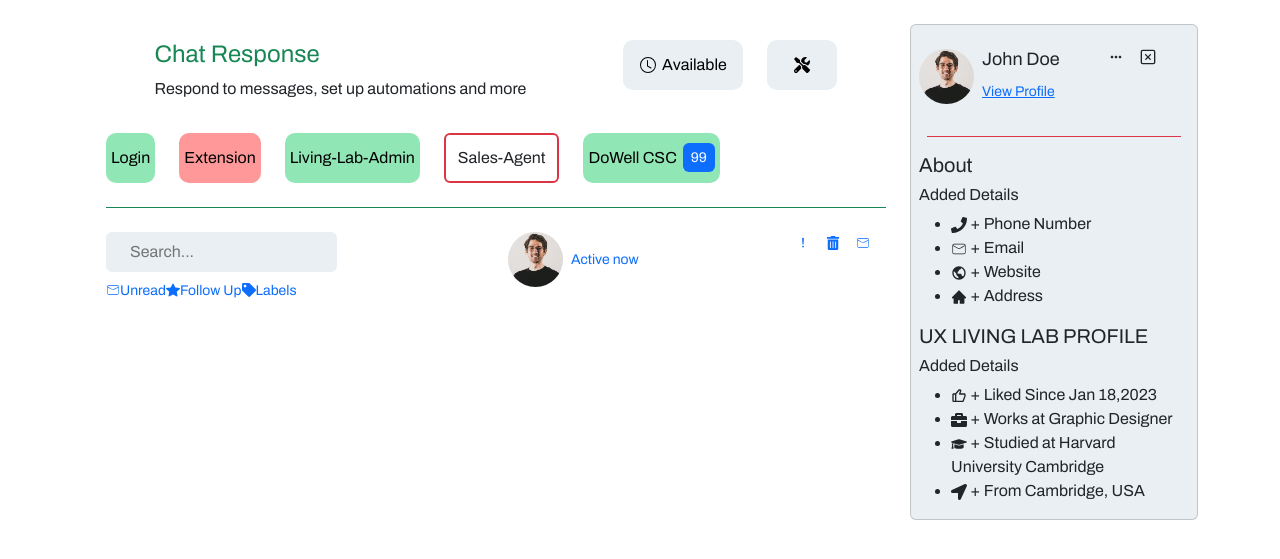
Repository: uh-sman/UX-Living-Lab-Chat
Page: /
The author's editor kept a copy of each file at every save. The page is drawn from the files as they stood at one save, then again after the next save.
The browser window is 1280 px wide. The pictures show the whole page.
The project was rebuilt for these pictures with package versions that can differ from the ones it lists, and the page was loaded fresh each time.

Above is the page before, as saved 2023-05-10 17:27:14.

### public/index.html
<!DOCTYPE html>
<html lang="en">
  <head>
    <meta charset="utf-8" />
    <link rel="icon" href="%PUBLIC_URL%/favicon.ico" />
    <meta name="viewport" content="width=device-width, initial-scale=1" />
    <meta name="theme-color" content="#000000" />
    <meta
      name="description"
      content="Web site created using create-react-app"
    />
    <link rel="apple-touch-icon" href="%PUBLIC_URL%/logo192.png" />
    <!--
      manifest.json provides metadata used when your web app is installed on a
      user's mobile device or desktop. See https://developers.google.com/web/fundamentals/web-app-manifest/
    -->
    <link rel="manifest" href="%PUBLIC_URL%/manifest.json" />
    <!-- font awsome CDN -->

    <link
      rel="stylesheet"
      href="https://cdn.jsdelivr.net/npm/@fortawesome/fontawesome-free@6.2.1/css/fontawesome.min.css"
      integrity="sha384-QYIZto+st3yW+o8+5OHfT6S482Zsvz2WfOzpFSXMF9zqeLcFV0/wlZpMtyFcZALm"
      crossorigin="anonymous"
    />
    <!--
      Notice the use of %PUBLIC_URL% in the tags above.
      It will be replaced with the URL of the `public` folder during the build.
      Only files inside the `public` folder can be referenced from the HTML.

      Unlike "/favicon.ico" or "favicon.ico", "%PUBLIC_URL%/favicon.ico" will
      work correctly both with client-side routing and a non-root public URL.
      Learn how to configure a non-root public URL by running `npm run build`.
    -->
    <title>React App</title>
  </head>
  <body>
    <noscript>You need to enable JavaScript to run this app.</noscript>
    <div id="root"></div>
    <!--
      This HTML file is a template.
      If you open it directly in the browser, you will see an empty page.

      You can add webfonts, meta tags, or analytics to this file.
      The build step will place the bundled scripts into the <body> tag.

      To begin the development, run `npm start` or `yarn start`.
      To create a production bundle, use `npm run build` or `yarn build`.
    -->
  </body>
</html>

### src/index.css
* {
  text-decoration: none;
}

### src/App.js
import "./App.css";
import "bootstrap/dist/css/bootstrap.min.css";
import "bootstrap/dist/js/bootstrap.bundle.min";
import Container from "./container";
function App() {
  return (
    <div className="App">
      <Container />
    </div>
  );
}

export default App;

### src/App.css
@import url("https://fonts.googleapis.com/css2?family=Archivo&display=swap");
:root {
  --header-color: #0d7813;
  /* --button-color :#00000;
  --button-color :#90E7B5; */
  --bg-color: #e9eff3;
  /* #90E7B5 */

  --font: "Archivo", sans-serif;
}

* {
  text-decoration: none;
  /* list-style: none; */
  font-family: "Archivo", sans-serif;
}

.body {
  font-family: "Archivo", sans-serif;
}
.header {
  color: var(--header-color);
  font-family: "Archivo", sans-serif;
}
.button {
  display: flex;
  align-items: center;
  background: var(--bg-color);
  justify-content: center;
  height: 50px;
  width: 120px;
  gap: 6px;
  border: none;
  border-radius: 10px;
}
.button2 {
  display: flex;
  align-items: center;
  background: var(--bg-color);
  justify-content: center;
  height: 50px;
  width: 70px;
  gap: 6px;
  border: none;
  border-radius: 10px;
}
.button3 {
  display: flex;
  align-items: center;
  background: #90e7b5;
  justify-content: center;
  height: 50px;
  max-width: contain;
  padding: 0px 5px;
  gap: 6px;
  border: none;
  border-radius: 10px;
}
.button4 {
  display: flex;
  align-items: center;
  background: #ff9898;
  justify-content: center;
  height: 50px;
  max-width: contain;
  padding: 0px 5px;
  gap: 6px;
  border: none;
  border-radius: 10px;
}
.image-style {
  width: 55px;
  height: 55px;
  border-radius: 500px;
}
.cardBody {
  background-color: var(--bg-color);
}
.input {
  border: var(--bg-color);
  outline: none;
  background: var(--bg-color);
}

### src/container/index.js
import React from "react";
import ChatSection from "./ChatSection";
import DetailsSection from "./DetailsSection";
const Container = () => {
  return (
    <div className="container">
      <div className="d-flex justify-content-around my-4">
        <ChatSection />
        <DetailsSection />
      </div>
    </div>
  );
};

export default Container;

### src/container/ChatSection.js
import React from "react";
import ChatHeader from "./ChatItems/ChatHeader";
import ProfileHead from "./Chats/message/ProfileHead";
import SearchBar from "./Chats/SearchBar";

const ChatSection = () => {
  return (
    <div className="container">
      <ChatHeader />
      {/* chats come here */}
      <div className="d-flex my-2">
        <SearchBar />
        <ProfileHead />
      </div>
    </div>
  );
};

export default ChatSection;

### src/container/DetailsSection.jsx
import React from "react";
import user from "../assets/user.jpg";
import AboutDetails from "./Details/AboutDetails";
import DetailsSectionButton from "./DetailsSectionButton";
const DetailsSection = ({ title, about }) => {
  return (
    <div>
      <div
        className="card"
        style={{ width: "18rem", backgroundColor: "#e9eff3" }}
      >
        <div className="mx-2">
          <div className="d-flex gap-5 mt-4 ">
            <figure className="d-flex gap-2">
              <img src={user} className=" image-style" />
              <div className="">
                <h4 className="body fw-bold" style={{ fontSize: "18px" }}>
                  {title}
                </h4>
                <a href="" className="fw-bold" style={{ fontSize: "14px" }}>
                  View Profile
                </a>
              </div>
            </figure>
            <DetailsSectionButton />
          </div>
          <div className="border-bottom border-danger mx-2 my-3"></div>
          <div className=""></div>
          {/* DETAILS */}
          <AboutDetails />
        </div>
      </div>
    </div>
  );
};
DetailsSection.defaultProps = {
  title: "John Doe",
  about: "About",
};

export default DetailsSection;

### src/container/ChatItems/ChatHeader.jsx
import React from "react";
import Buttons from "./Buttons";
import HeaderButtons from "./HeaderButtons";

const ChatHeader = ({ title, caption }) => {
  return (
    <div className="container">
      <div className=" d-flex justify-content-around my-3">
        <header>
          <h1 className="header fs-4 fw-bold text-success">{title}</h1>
          <p className="fw-medium  Header-font">{caption}</p>
        </header>
        <HeaderButtons />
      </div>
      <Buttons />
      <div className="border-bottom border-success my-4"></div>
    </div>
  );
};

export default ChatHeader;
ChatHeader.defaultProps = {
  title: "Chat Response",
  caption: "Respond to messages, set up automations and more",
};

### src/container/Chats/message/ProfileHead.jsx
import React from "react";
import { FaTrashAlt } from "react-icons/fa";
import user from "../../../assets/user.jpg";
import ChatIcons from "./ChatIcons";
const ProfileHead = () => {
  return (
    <div className="container w-full">
      <div className="d-flex justify-content-between overflow-y-scroll">
        <figure className="d-flex gap-2 align-items-center">
          <img src={user} className=" image-style" />
          <div className="">
            {/* Status active now if true show active */}
            <small className="text-primary">Active now</small>
          </div>
        </figure>
        <ChatIcons />
      </div>
    </div>
  );
};

export default ProfileHead;

### src/container/Chats/SearchBar.jsx
import React from "react";
import { FaSearch } from "react-icons/fa";
import Icons from "./Icons";
// BsStarFill;
const SearchBar = () => {
  return (
    <div className="container">
      <div className="overflow-y-scroll">
        <form>
          <input
            className="input rounded bi bi-search py-2 px-4"
            placeholder="Search..."
          />
          <i className="bi bi-search"></i>
        </form>
        <Icons />
      </div>
    </div>
  );
};

export default SearchBar;

### src/container/Details/AboutDetails.jsx
import React from "react";
import {
  FaPhone,
  FaBriefcase,
  FaGraduationCap,
  FaLocationArrow,
} from "react-icons/fa";
import { CiMail } from "react-icons/ci";
import { BiWorld, BiLike } from "react-icons/bi";
import { AiFillHome } from "react-icons/ai";
const AboutDetails = ({ title, ux }) => {
  const data = [
    {
      phone: "Phone Number",
      email: "Email",
      web: "Website",
    },
  ];
  return (
    <div>
      <div className="">
        <h5>{title}</h5>
        <main>
          <h6>Added Details</h6>
          <div className="">
            <ul>
              <li>
                <FaPhone /> + Phone Number
              </li>
              <li>
                <CiMail /> + Email
              </li>
              <li>
                <BiWorld /> + Website
              </li>
              <li>
                <AiFillHome /> + Address
              </li>
            </ul>
          </div>
        </main>
      </div>
      <div className="">
        <h5>{ux}</h5>
        <main>
          <h6>Added Details</h6>
          <div className="">
            <ul>
              <li>
                <BiLike /> + Liked Since Jan 18,2023
                {/* date from the api */}
              </li>
              <li>
                <FaBriefcase /> + Works at Graphic Designer
              </li>
              <li>
                <FaGraduationCap /> + Studied at Harvard University Cambridge
                {/* Place of work from the api */}
              </li>
              <li>
                <FaLocationArrow /> + From Cambridge, USA
              </li>
            </ul>
          </div>
        </main>
      </div>
    </div>
  );
};

export default AboutDetails;

AboutDetails.defaultProps = {
  title: "About",
  ux: "UX LIVING LAB PROFILE",
};

### src/container/DetailsSectionButton.jsx
import React from "react";
import { MdOutlineMoreHoriz } from "react-icons/md";
import { CgCloseR } from "react-icons/cg";
const DetailsSectionButton = () => {
  return (
    <div>
      <div className="d-flex gap-3">
        <MdOutlineMoreHoriz />
        <CgCloseR />
      </div>
    </div>
  );
};

export default DetailsSectionButton;

### src/container/ChatItems/Buttons.jsx
import React from "react";

const Buttons = () => {
  return (
    <div className="d-flex gap-4">
      <button type="button" className="button3">
        Login
      </button>
      <button type="button" className="button4">
        Extension
      </button>
      <button type="button" className="button3">
        Living-Lab-Admin
      </button>
      <button type="button" className="btn border-danger border-2">
        Sales-Agent
      </button>
      <button type="button" className="button3">
        DoWell CSC
        <small className="bg-primary text-white px-2 py-1 rounded">
          {"99"}
        </small>
      </button>
    </div>
  );
};

export default Buttons;

### src/container/ChatItems/HeaderButtons.jsx
import React from "react";
import { BsClock } from "react-icons/bs";
import { FaTools } from "react-icons/fa";
const HeaderButtons = () => {
  return (
    <div className="d-flex gap-4">
      <button type="button" className="button">
        <BsClock className="" />
        Available
      </button>
      <button type="button" className="button2">
        <FaTools />
      </button>
    </div>
  );
};

export default HeaderButtons;

### src/container/Chats/message/ChatIcons.jsx
import React from "react";
import { FaTrashAlt } from "react-icons/fa";
import { BsExclamationLg } from "react-icons/bs";
import { CiMail } from "react-icons/ci";
const ChatIcons = () => {
  return (
    <div className="mx-3">
      <div className="d-flex gap-3">
        <small className="text-primary"></small>
        <small className="text-primary">
          <BsExclamationLg />
        </small>
        <small className="text-primary">
          <FaTrashAlt />
        </small>

        <small className="text-primary">
          <CiMail />
        </small>
      </div>
    </div>
  );
};

export default ChatIcons;

### src/container/Chats/Icons.jsx
import React from "react";
import { CiMail } from "react-icons/ci";
import { BsStarFill } from "react-icons/bs";
import { FaTag } from "react-icons/fa";
const Icons = () => {
  return (
    <div>
      <div className="d-flex text-primary my-2">
        <small className="d-flex align-items-center">
          <CiMail /> Unread
        </small>
        <small className="d-flex align-items-center">
          <BsStarFill /> Follow Up
        </small>
        <small className="d-flex align-items-center">
          <FaTag />
          Labels
        </small>
      </div>
    </div>
  );
};

export default Icons;

Loaded but not shown: src/index.js (common file)

After the next save:
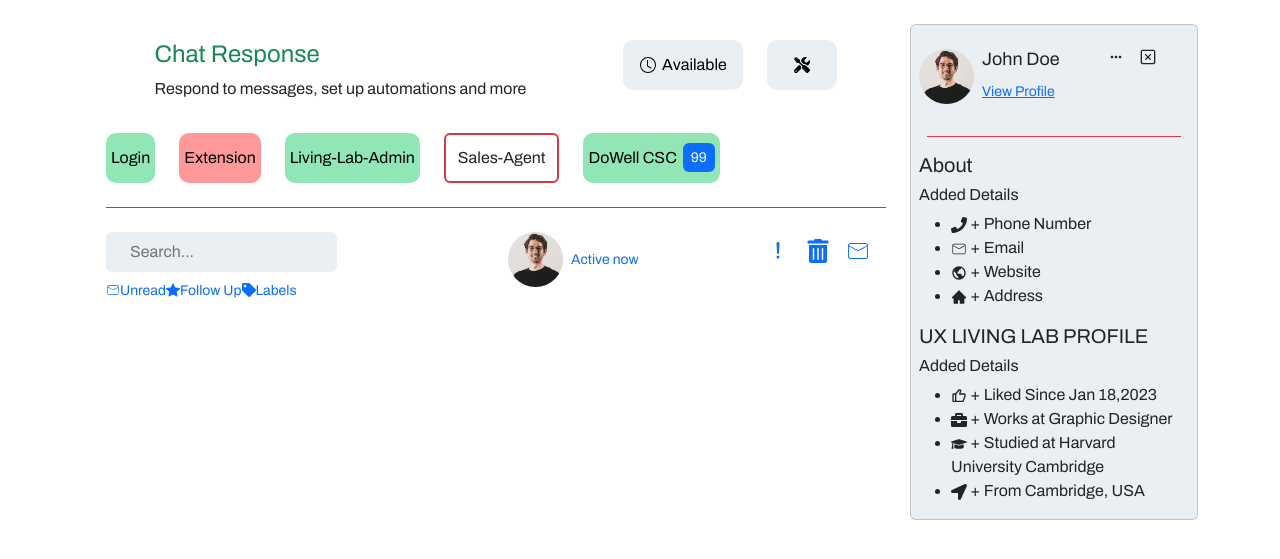
Saved 24 s later.
--- a/src/container/Chats/message/ChatIcons.jsx
+++ b/src/container/Chats/message/ChatIcons.jsx
@@ -6,15 +6,15 @@ const ChatIcons = () => {
   return (
     <div className="mx-3">
       <div className="d-flex gap-3">
-        <small className="text-primary"></small>
-        <small className="text-primary">
+        <small className="text-primary fs-4"></small>
+        <small className="text-primary fs-4">
           <BsExclamationLg />
         </small>
-        <small className="text-primary">
+        <small className="text-primary fs-4">
           <FaTrashAlt />
         </small>
 
-        <small className="text-primary">
+        <small className="text-primary fs-4">
           <CiMail />
         </small>
       </div>
